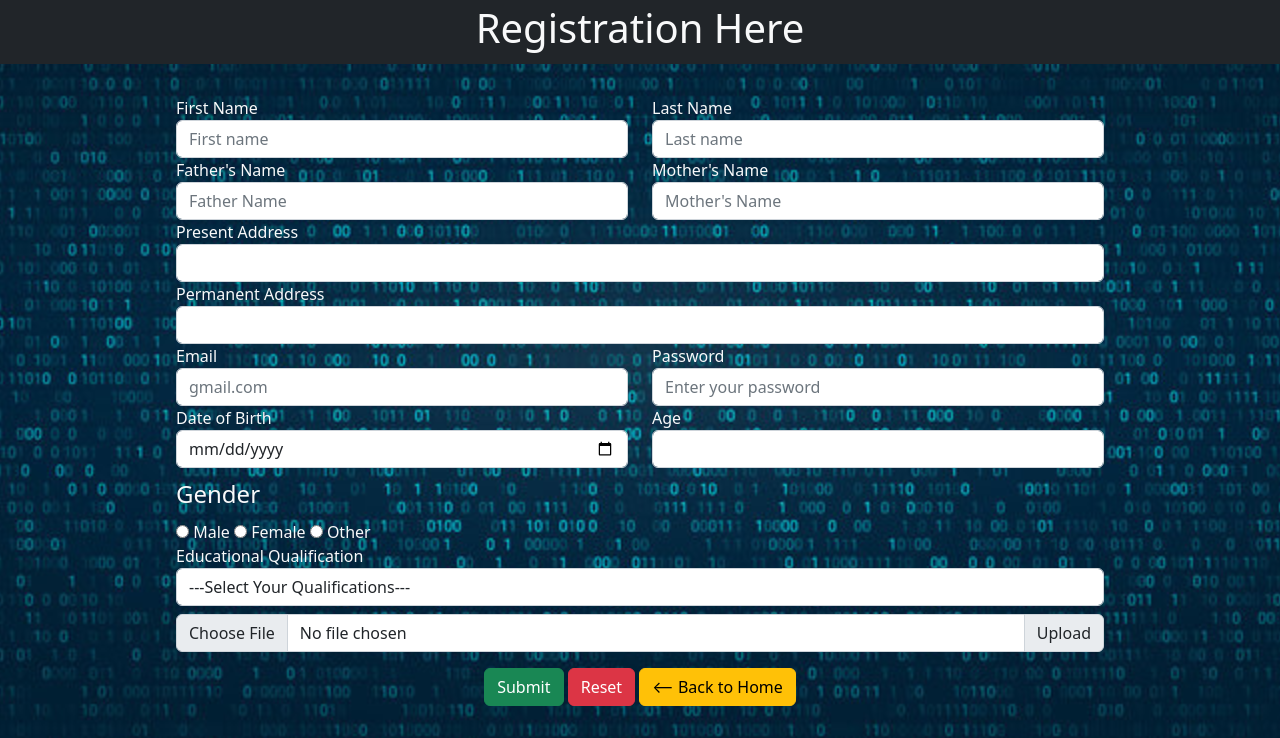
Repository: OmarFaruq97/JspServlet
Page: http://localhost/Form/pages/MainForm.jsp
These files come from the project's save history. The page is drawn as it stood at one moment and after the next save; the edit follows.
The browser window is 1280 px wide. The pictures show the whole page.
Backgrounds fixed to the window are drawn as part of the page. The page is served by Tomcat 9. Other server files are loaded and not shown.

Above is the page before, as saved 2025-02-07 12:52:08.

### Form/src/main/webapp/pages/MainForm.jsp
<%@ page language="java" contentType="text/html; charset=UTF-8"
    pageEncoding="UTF-8"%>

<!DOCTYPE html>
<html>
<head>
<meta charset="UTF-8">
<title>Registration Form</title>
<link href="https://cdn.jsdelivr.net/npm/bootstrap@5.2.3/dist/css/bootstrap.min.css" rel="stylesheet">
<style>
    body {
        background: url('pic.jpg') no-repeat center center fixed;
        background-size: cover;
    }
</style>
</head>
<body>

  <div class="container-fluid bg-dark text-light py-1">
      <header class="text-center">
         <h2 class="display-6">Registration Here</h2>
      </header>
  </div>

  <form action="StudentServlet" method="post">
      <input type="hidden" name="action" value="add">

      <section class="container my-3 text-light w-75 p-3 mx-auto">

        <div class="row">
            <div class="col">
                <label for="firstname">First Name</label>
                <input type="text" id="firstname" name="firstname" class="form-control" placeholder="First name">
            </div>

            <div class="col">
                <label for="lastname">Last Name</label>
                <input type="text" id="lastname" name="lastname" class="form-control" placeholder="Last name">
            </div>
        </div>

        <div class="row">
            <div class="col">
                <label for="fathername">Father's Name</label>
                <input type="text" id="fathername" name="fathername" class="form-control" placeholder="Father Name">
            </div>

            <div class="col">
                <label for="mothername">Mother's Name</label>
                <input type="text" id="mothername" name="mothernamemn" class="form-control" placeholder="Mother's Name">
            </div>
        </div>

        <label for="presentaddress">Present Address</label>
        <input type="text" id="presentaddress" name="presentaddress" class="form-control">

        <label for="permanentaddress">Permanent Address</label>
        <input type="text" id="permanentaddress" name="permanentaddress" class="form-control">

        <div class="row">
            <div class="col">
                <label for="em">Email</label>
                <input type="email" class="form-control" name="email" placeholder="gmail.com" id="em">
            </div>

            <div class="col">
                <label for="password">Password</label>
                <input type="password" id="password" name="password" class="form-control" placeholder="Enter your password">
            </div>
        </div>

        <div class="row">
            <div class="col-6">
                <label for="dateofbirth">Date of Birth</label>
                <input type="date" name="dateofbirth" id="dateofbirth" class="form-control">
            </div>

            <div class="col-6">
                <label for="age">Age</label>
                <input type="number" name="age" id="age" class="form-control">
            </div>
        </div>

        <fieldset class="mt-2">
            <legend>Gender</legend>
            <input type="radio" name="gn" value="male"> Male
            <input type="radio" name="gn" value="female"> Female
            <input type="radio" name="gn" value="other"> Other
        </fieldset>

        <label>Educational Qualification</label>
        <select name="qualification" class="form-control">
            <option value="">---Select Your Qualifications---</option>
            <option value="graduate">GRADUATE/FAZIL</option>
            <option value="hsc">HSC/DHAKHIL</option>
            <option value="ssc">SSC/ALIM</option>
        </select>

        <div class="input-group mt-2">
            <input type="file" class="form-control" id="inputGroupFile02">
            <label class="input-group-text" for="inputGroupFile02">Upload</label>
        </div>

        <div class="mt-3 text-center">
            <input type="submit" class="btn btn-success" value="Submit">
            <input type="reset" class="btn btn-danger" value="Reset">
            <a class="btn btn-warning" href="/Form">⟵ Back to Home</a>
        </div>
      </section>
  </form>

  <script src="https://cdn.jsdelivr.net/npm/bootstrap@5.2.3/dist/js/bootstrap.bundle.min.js"></script>

</body>
</html>

After the next save:
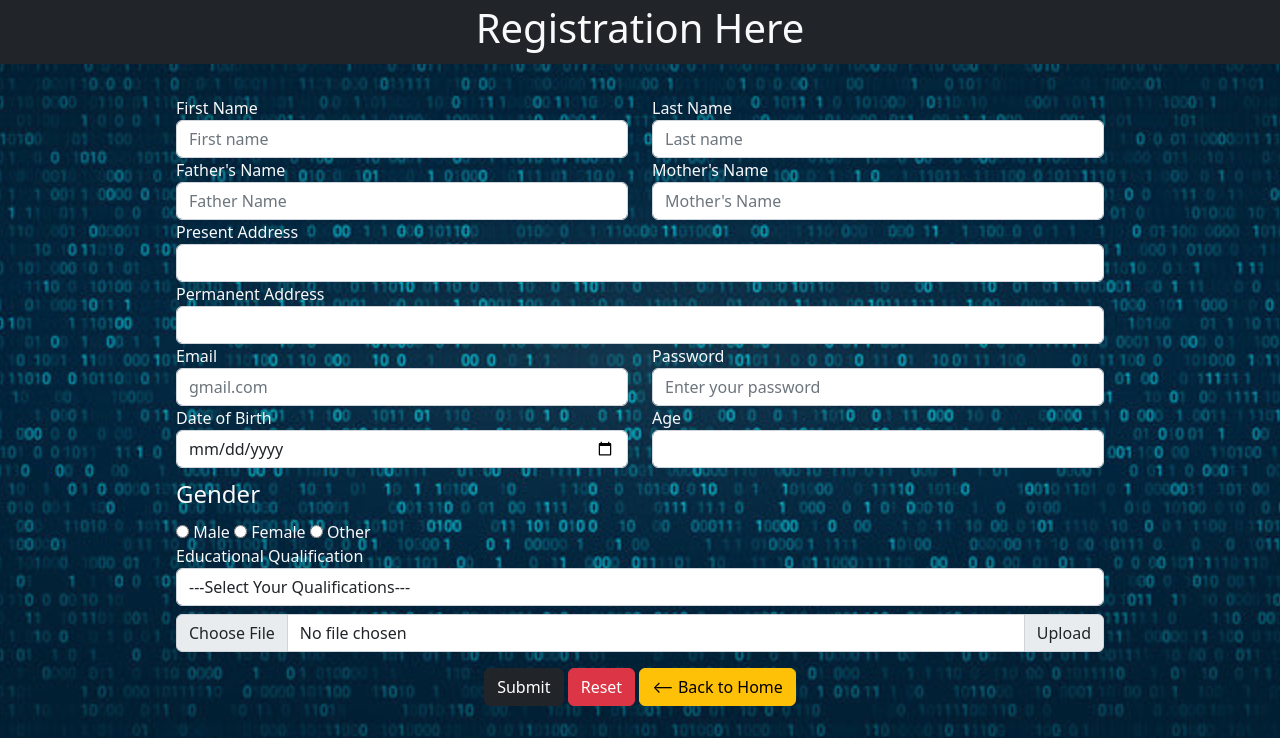
Saved 10 min 16 s later.
--- a/Form/src/main/webapp/pages/MainForm.jsp
+++ b/Form/src/main/webapp/pages/MainForm.jsp
@@ -102,7 +102,7 @@
         </div>
 
         <div class="mt-3 text-center">
-            <input type="submit" class="btn btn-success" value="Submit">
+            <input type="submit" class="btn btn-dark" value="Submit">
             <input type="reset" class="btn btn-danger" value="Reset">
             <a class="btn btn-warning" href="/Form">⟵ Back to Home</a>
         </div>
